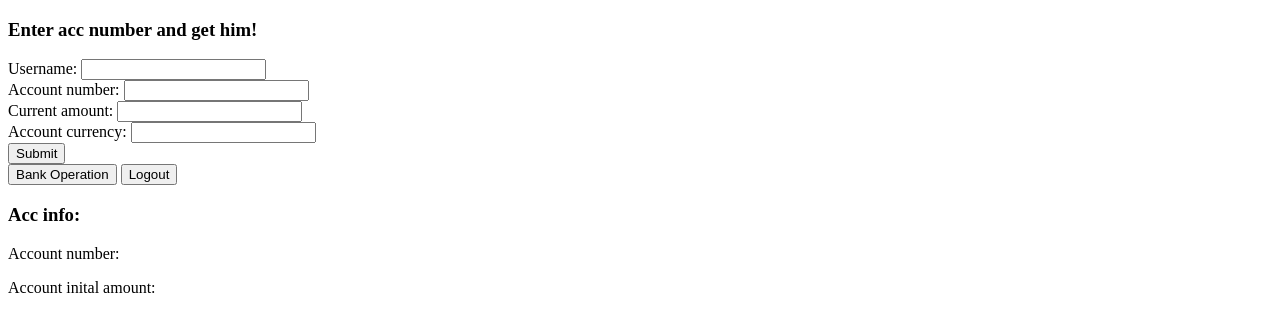
Repository: Aleksandyr/Java
Page: http://localhost/07.SpringSecurityHomework/WEB-INF/views/registerPage.jsp
The author's editor kept a copy of each file at every save. The page is drawn from the files as they stood at one save, then again after the next save.
The browser window is 1280 px wide. The pictures show the whole page.
The page is served by Tomcat 9. Nobody is signed in. Other server files are loaded and not shown. The template is opened directly, without the code that normally fills it, so the values that code supplies are empty.

Above is the page before, as saved 2016-03-03 13:34:07.

### Java-Web-Development-Homeworks/07.SpringSecurityHomework/src/main/webapp/WEB-INF/views/registerPage.jsp
<%@ taglib prefix="form" uri="http://www.springframework.org/tags/form"%>
<%@ taglib uri="http://java.sun.com/jsp/jstl/core" prefix="c" %>

<c:set var="accNum" value= '<%= session.getAttribute("accNum") %>' />
<c:set var="accInitAmount" value= '<%= session.getAttribute("accInitAmount") %>' />

<!DOCTYPE html PUBLIC "-//W3C//DTD HTML 4.01 Transitional//EN" "http://www.w3.org/TR/html4/loose.dtd">
<html>
<head>
<meta http-equiv="Content-Type" content="text/html; charset=ISO-8859-1">
<title>Insert title here</title>
</head>
<body>
	<h3>Enter acc number and get him!</h3>

	<form:form method="POST" action="getAccount">
		<label>Username:</label>
		<input type="text" name="username" />
		<br/>
		<label>Account number:</label>
		<input type="text" name="acc_number" />
		<br/>
		<label>Current amount:</label>
		<input type="number" name="curr_amount" />
		<br/>
		<label>Account currency:</label>
		<input type="text" name="acc_currency" />
		<br/>
		<input type="submit" value="Submit" />
	</form:form>

	<button type="button" onclick="location = 'bankOperation'">Bank Operation</button>
	<button type="button" onclick="location = 'logout'">Logout</button>

	<div>
		<h3>Acc info:</h3>
		<p>Account number: ${accNum}</p>
		<p>Account inital amount: ${accInitAmount}</p>

	</div>
</body>
</html>

After the next save:
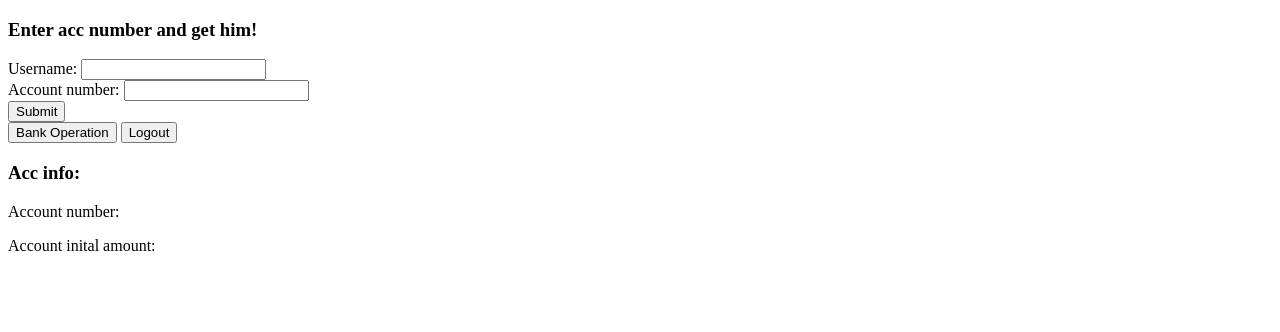
Saved 19 s later.
--- a/Java-Web-Development-Homeworks/07.SpringSecurityHomework/src/main/webapp/WEB-INF/views/registerPage.jsp
+++ b/Java-Web-Development-Homeworks/07.SpringSecurityHomework/src/main/webapp/WEB-INF/views/registerPage.jsp
@@ -20,12 +20,12 @@
 		<label>Account number:</label>
 		<input type="text" name="acc_number" />
 		<br/>
-		<label>Current amount:</label>
+<!-- 		<label>Current amount:</label>
 		<input type="number" name="curr_amount" />
 		<br/>
 		<label>Account currency:</label>
 		<input type="text" name="acc_currency" />
-		<br/>
+		<br/> -->
 		<input type="submit" value="Submit" />
 	</form:form>
 
